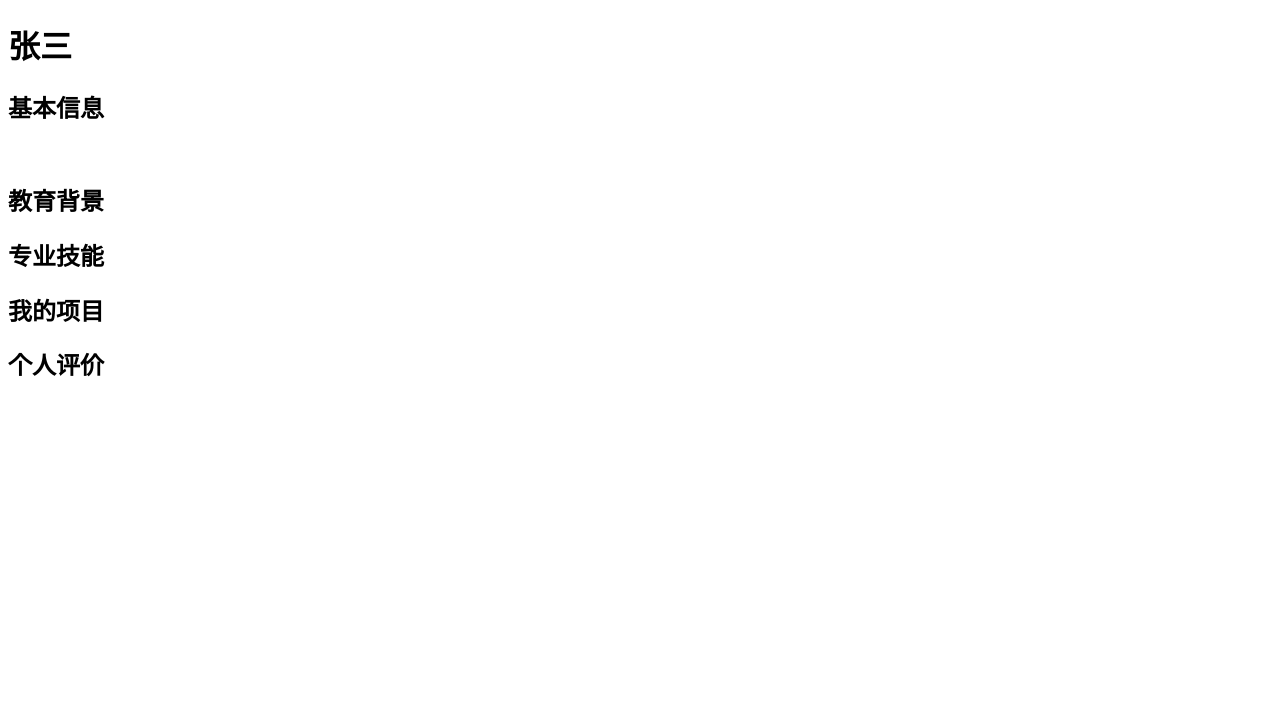
Repository: ls02/VSCode
Page: Java/2022/6-29-1/Test.html
These files come from the project's save history. The page is drawn as it stood at one moment and after the next save; the edit follows.
The browser window is 1280 px wide. The pictures show the whole page.

Above is the page before, as saved 2022-06-29 14:11:56.

### Java/2022/6-29-1/Test.html
<!--
 * @Author: ls02 <2877455773@qq.com>
 * @Date: 2022-06-29 14:06:53
 * @LastEditors: ls02 <2877455773@qq.com>
 * @LastEditTime: 2022-06-29 14:11:55
 * @FilePath: \Java\2022\6-29-1\Test.html
 * @Description:
 *
 * Copyright (c) 2022 by ${ls02 <2877455773@qq.com>}, All Rights Reserved.
-->
<!DOCTYPE html>
<html lang="en">
<head>
    <meta charset="UTF-8">
    <meta http-equiv="X-UA-Compatible" content="IE=edge">
    <meta name="viewport" content="width=device-width, initial-scale=1.0">
    <title>我的简历</title>
</head>
<body>
    <h1>张三</h1>
    <h2>基本信息</h2>
    <img srt="../6-28-1/img/1.jpg">
    <h2>教育背景</h2>
    <h2>专业技能</h2>
    <h2>我的项目</h2>
    <h2>个人评价</h2>
</body>
</html>

After the next save:
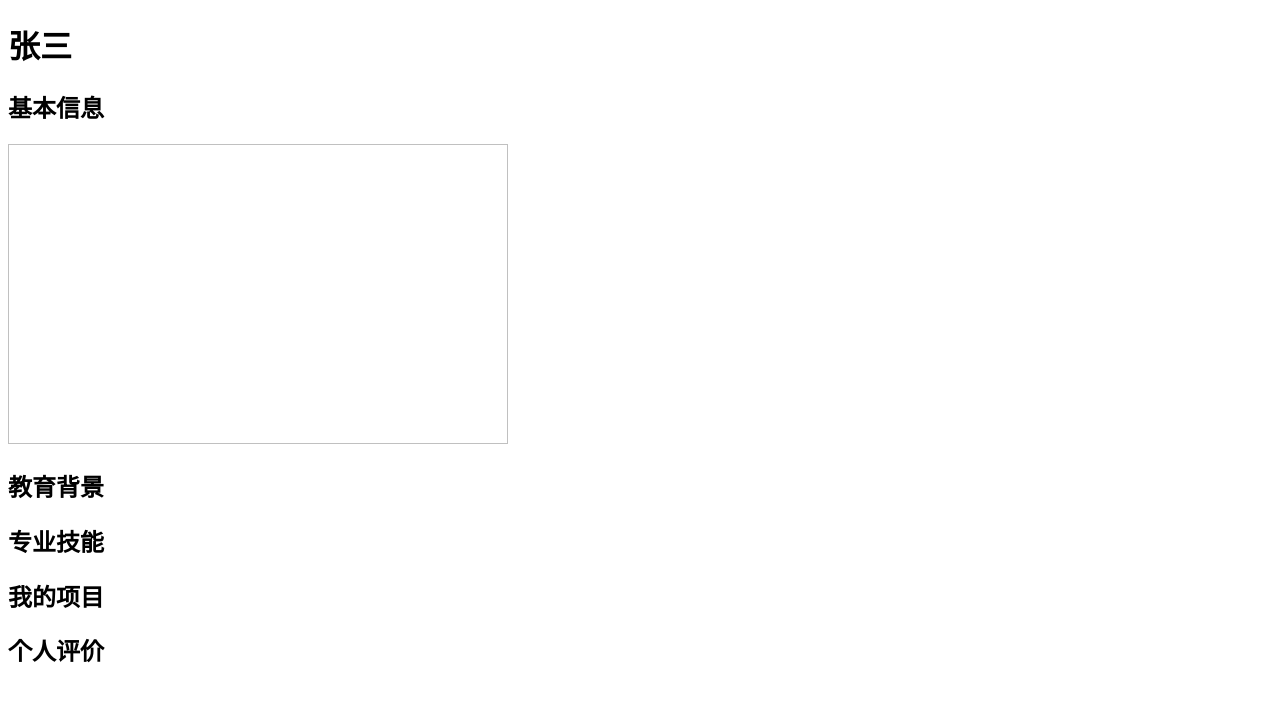
Saved 22 s later.
--- a/Java/2022/6-29-1/Test.html
+++ b/Java/2022/6-29-1/Test.html
@@ -19,7 +19,7 @@
 <body>
     <h1>张三</h1>
     <h2>基本信息</h2>
-    <img srt="../6-28-1/img/1.jpg">
+    <img srt="../6-28-1/img/1.jpg" width="500px" height="300px">
     <h2>教育背景</h2>
     <h2>专业技能</h2>
     <h2>我的项目</h2>
